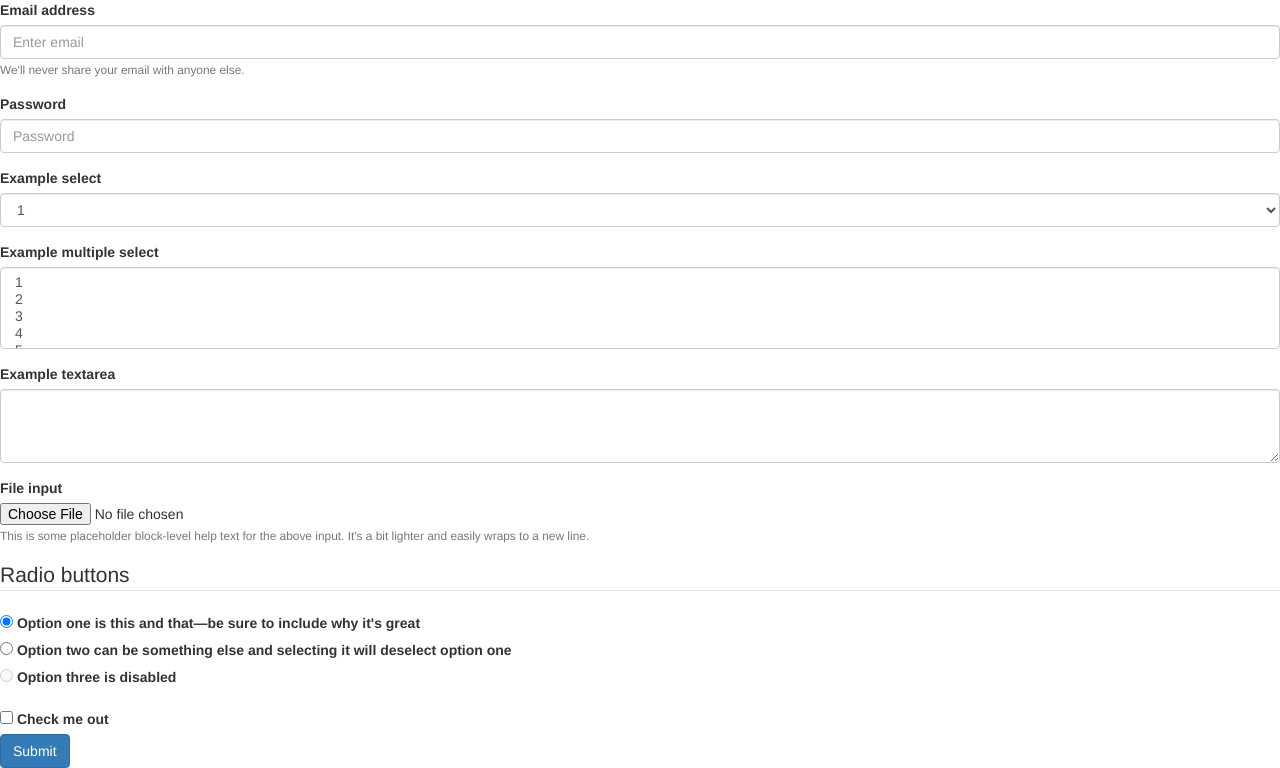
Repository: Dorns/negociacao
Page: http://localhost/Mercadoria/
The author's editor kept a copy of each file at every save. The page is drawn from the files as they stood at one save, then again after the next save.
The browser window is 1280 px wide. The pictures show the whole page.
Some web libraries are served in a nearby version. The page is served by Tomcat 9.

Above is the page before, as saved 2017-03-27 22:22:04.

After the next save:
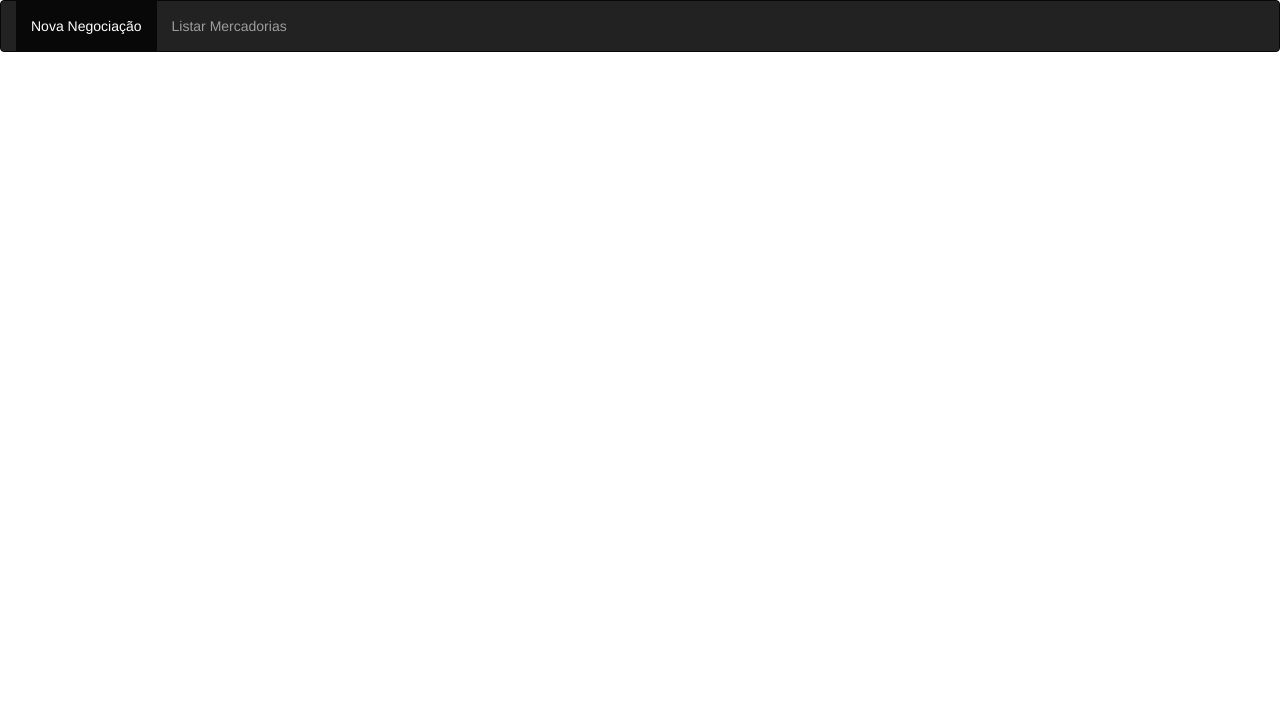
Saved 2 min 32 s later.
--- a/Mercadoria/WebContent/index.jsp
+++ b/Mercadoria/WebContent/index.jsp
@@ -16,72 +16,12 @@
 <title>Negociação de Mercadorias</title>
 </head>
 <body>
-<form>
-  <div class="form-group">
-    <label for="exampleInputEmail1">Email address</label>
-    <input type="email" class="form-control" id="exampleInputEmail1" aria-describedby="emailHelp" placeholder="Enter email">
-    <small id="emailHelp" class="form-text text-muted">We'll never share your email with anyone else.</small>
+<nav class="navbar navbar-inverse">
+  <div class="container-fluid">
+    <ul class="nav navbar-nav">
+      <li class="active"><a href="#">Nova Negociação</a></li>
+      <li><a href="#">Listar Mercadorias</a></li>
+    </ul>
   </div>
-  <div class="form-group">
-    <label for="exampleInputPassword1">Password</label>
-    <input type="password" class="form-control" id="exampleInputPassword1" placeholder="Password">
-  </div>
-  <div class="form-group">
-    <label for="exampleSelect1">Example select</label>
-    <select class="form-control" id="exampleSelect1">
-      <option>1</option>
-      <option>2</option>
-      <option>3</option>
-      <option>4</option>
-      <option>5</option>
-    </select>
-  </div>
-  <div class="form-group">
-    <label for="exampleSelect2">Example multiple select</label>
-    <select multiple class="form-control" id="exampleSelect2">
-      <option>1</option>
-      <option>2</option>
-      <option>3</option>
-      <option>4</option>
-      <option>5</option>
-    </select>
-  </div>
-  <div class="form-group">
-    <label for="exampleTextarea">Example textarea</label>
-    <textarea class="form-control" id="exampleTextarea" rows="3"></textarea>
-  </div>
-  <div class="form-group">
-    <label for="exampleInputFile">File input</label>
-    <input type="file" class="form-control-file" id="exampleInputFile" aria-describedby="fileHelp">
-    <small id="fileHelp" class="form-text text-muted">This is some placeholder block-level help text for the above input. It's a bit lighter and easily wraps to a new line.</small>
-  </div>
-  <fieldset class="form-group">
-    <legend>Radio buttons</legend>
-    <div class="form-check">
-      <label class="form-check-label">
-        <input type="radio" class="form-check-input" name="optionsRadios" id="optionsRadios1" value="option1" checked>
-        Option one is this and that&mdash;be sure to include why it's great
-      </label>
-    </div>
-    <div class="form-check">
-    <label class="form-check-label">
-        <input type="radio" class="form-check-input" name="optionsRadios" id="optionsRadios2" value="option2">
-        Option two can be something else and selecting it will deselect option one
-      </label>
-    </div>
-    <div class="form-check disabled">
-    <label class="form-check-label">
-        <input type="radio" class="form-check-input" name="optionsRadios" id="optionsRadios3" value="option3" disabled>
-        Option three is disabled
-      </label>
-    </div>
-  </fieldset>
-  <div class="form-check">
-    <label class="form-check-label">
-      <input type="checkbox" class="form-check-input">
-      Check me out
-    </label>
-  </div>
-  <button type="submit" class="btn btn-primary">Submit</button>
-</body>
+</nav>
 </html>
